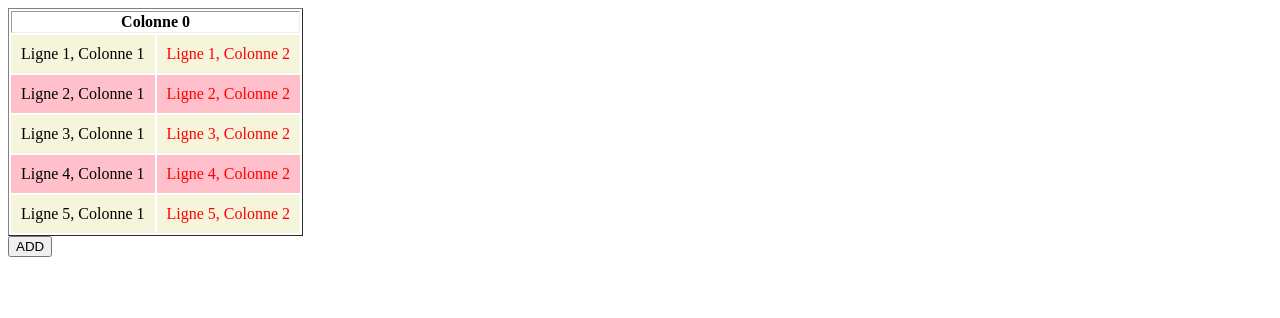
Repository: Chaimaa482/web-tp4
Page: ex1.html
These files come from the project's save history. The page is drawn as it stood at one moment and after the next save; the edit follows.
The browser window is 1280 px wide. The pictures show the whole page.

Above is the page before, as saved 2023-10-29 14:46:20.

### ex1.html
<!DOCTYPE html>
<html>
<style>
</style>
<body>
    <table border="1">
        <tr>
            <th>Colonne 0</th>
            <th>Colonne 0</th>
        </tr>
        <tr>
            <td>Ligne 1, Colonne 1</td>
            <td>Ligne 1, Colonne 2</td>
        </tr>
        <tr>
            <td>Ligne 2, Colonne 1</td>
            <td>Ligne 2, Colonne 2</td>
        </tr>
        <tr>
            <td>Ligne 3, Colonne 1</td>
            <td>Ligne 3, Colonne 2</td>
        </tr>
        <tr>
            <td>Ligne 4, Colonne 1</td>
            <td>Ligne 4, Colonne 2</td>
        </tr>
        <tr>
            <td>Ligne 5, Colonne 1</td>
            <td>Ligne 5, Colonne 2</td>
        </tr>

    </table>
    <button>ADD</button>

    <script>
        var table = document.getElementsByTagName('table');
        var cells = document.getElementsByTagName("td");
        // Donner une couleur de fond rose aux lignes paires et beige aux lignes impaires
        var rows = document.querySelectorAll("tr");
        for (var i = 1; i < rows.length; i++) {
            if (i % 2 === 0) {
                rows[i].style.backgroundColor = "pink";
            } else {
                rows[i].style.backgroundColor = "beige";
            }
        }

        // Donner une classe col1 aux colonnes paires et col2 aux colonnes impaires
        for (var i = 0; i < cells.length; i++) {
            if (i % 2 === 0) {
                cells[i].style.color= 'black';
            } else {
                cells[i].style.color= 'red';
            }
        }
        //fusionner la premiere line
        var row = document.querySelector('table tr:first-child');
        row.cells[0].colSpan=2;
        row.removeChild(row.cells[1]);


        //delete bordure
        rows[0].style.border = "none";
        for (var i = 0; i < cells.length; i++) {
            cells[i].style.border = "none";
            cells[i].style.padding='10px'
        }

        //making the table cells editable on click
        for (var i = 0; i < cells.length; i++) {
        cells[i].addEventListener("click", function() {
        var cellText = this.innerText;
        this.innerHTML = "<input type='text' value='" + cellText + "'>";
        var input = this.querySelector("input");
        input.focus();
        input.addEventListener("blur", function() {
            cellText = this.value;
            this.parentNode.innerText = cellText;
        });
         }); }



    </script>
</body>
</html>

After the next save:
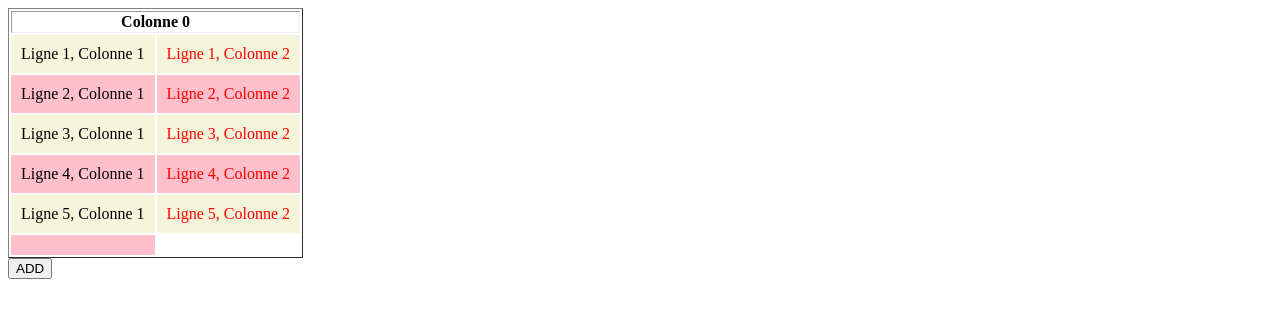
Saved 4 s later.
--- a/ex1.html
+++ b/ex1.html
@@ -28,7 +28,7 @@
             <td>Ligne 5, Colonne 1</td>
             <td>Ligne 5, Colonne 2</td>
         </tr>
-
+        <td></td>
     </table>
     <button>ADD</button>
 

After the save that followed:
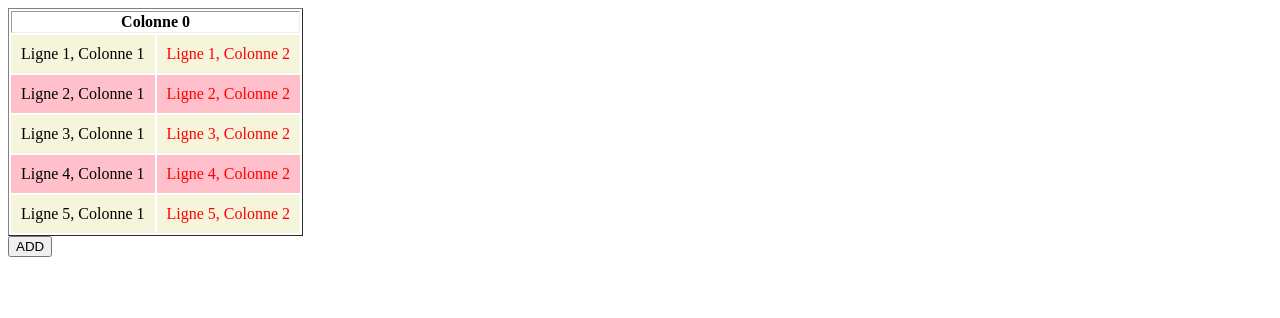
Saved 10 s later.
--- a/ex1.html
+++ b/ex1.html
@@ -28,7 +28,7 @@
             <td>Ligne 5, Colonne 1</td>
             <td>Ligne 5, Colonne 2</td>
         </tr>
-        <td></td>
+
     </table>
     <button>ADD</button>
 
